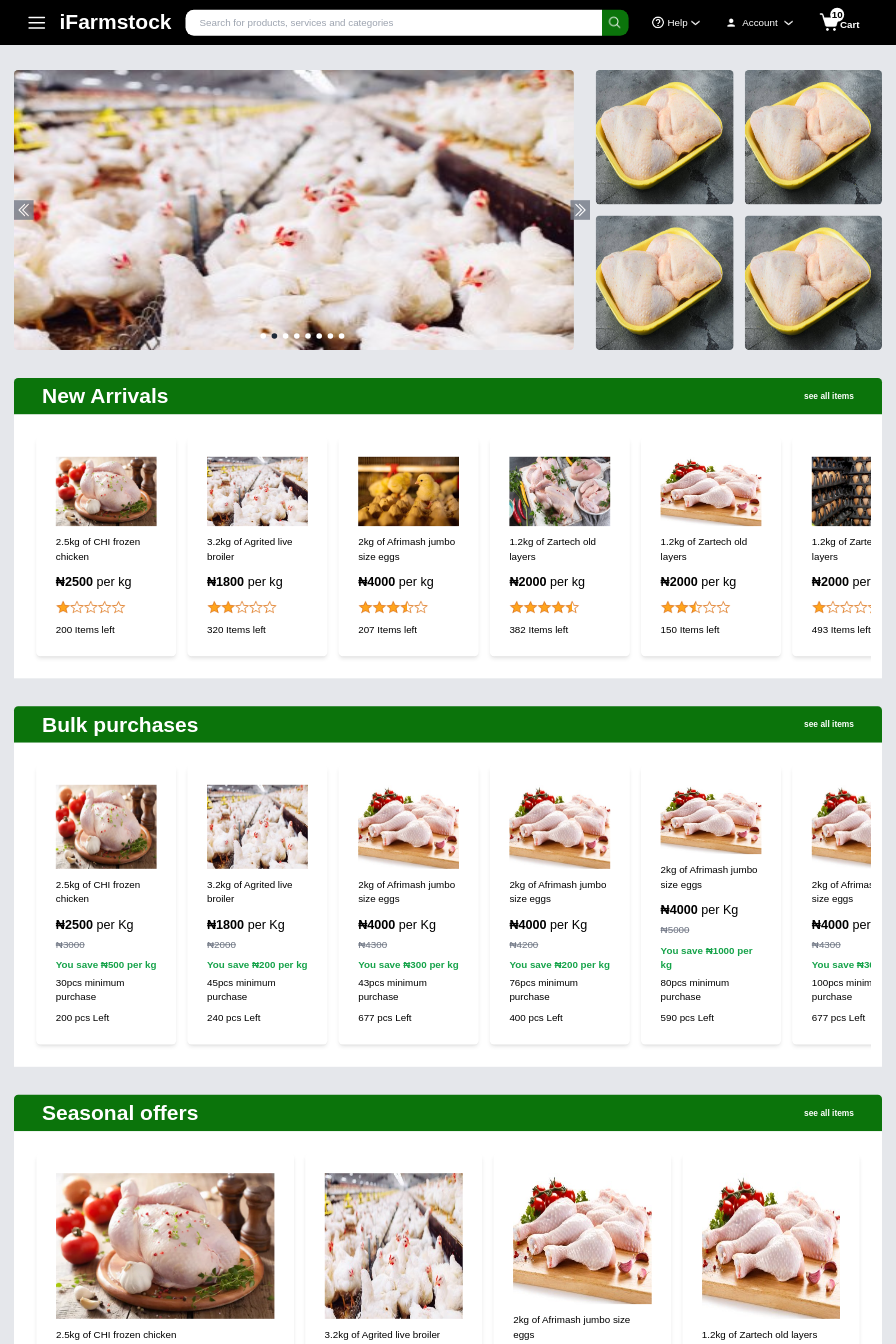
Repository: IssaMuiz/ifarmstock
Page: /
These files come from the project's save history. The page is drawn as it stood at one moment and after the next save; the edit follows.
The browser window is 1280 px wide. The pictures show the part of the page from y = 0 to 1920 px (the page is 2417 px tall before and 2729 px after), at 70% of full size.
The project was rebuilt for these pictures with package versions that can differ from the ones it lists, and the page was loaded fresh each time. The framework's server and built-in components were replaced by stand-ins that run in the browser. Also part of the build but not shown: next.config.mjs.

Above is the page before, as saved 2024-09-04 08:00:47.

After the next save:
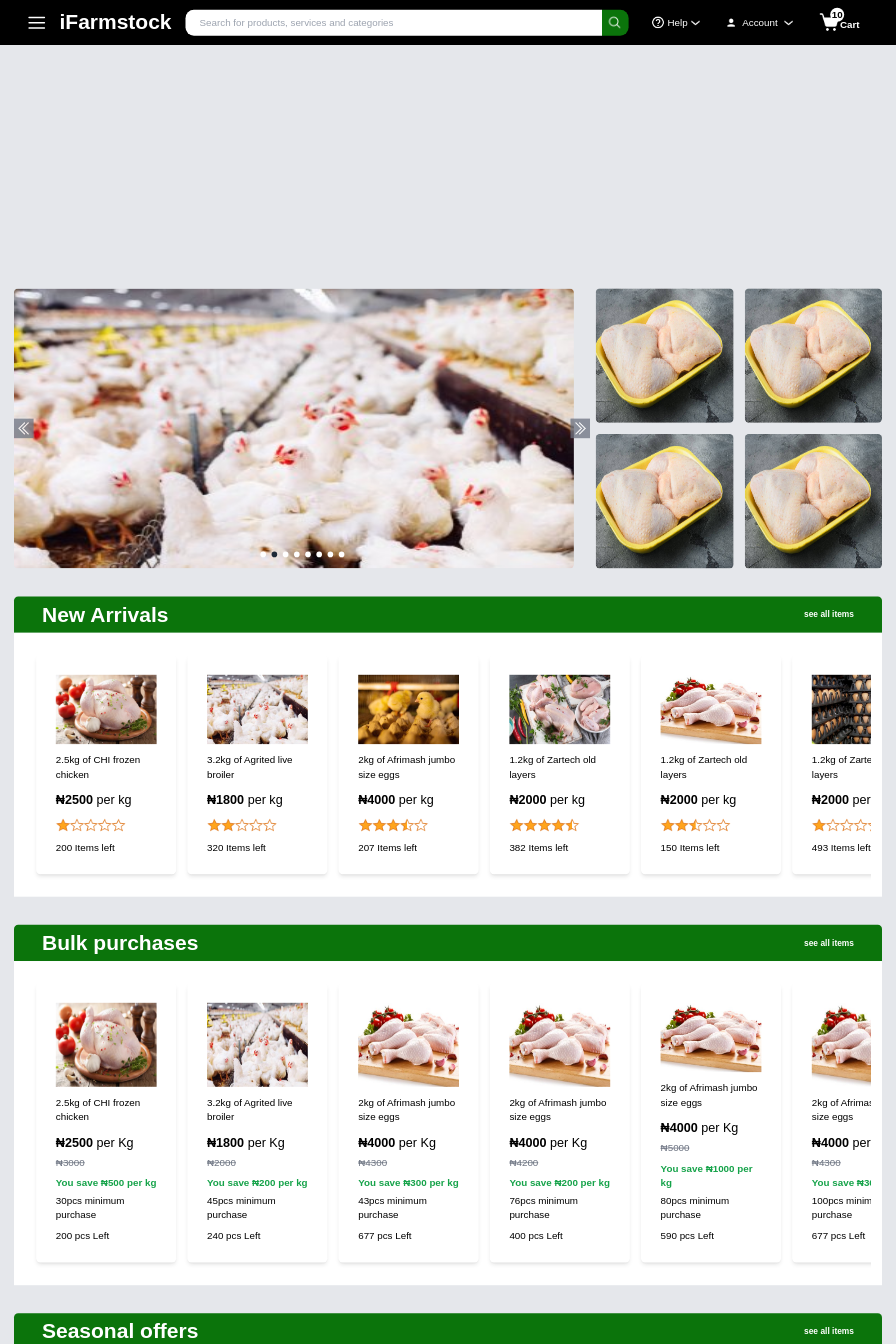
Saved 9 min 19 s later.
--- a/components/sidenav.tsx
+++ b/components/sidenav.tsx
@@ -68,11 +68,13 @@
   return (
     <nav>
       <div
-        className={`fixed overflow-x-hidden scrollbar h-auto overflow-auto z-20 left-0 top-0 bottom-0 tablet:w-[300px] mobile:w-[250px] transform transition-transform duration-300  bg-gray-100 ${
+        className={`fixed relative overflow-x-hidden scrollbar h-auto overflow-auto z-20 left-0 top-0 bottom-0 tablet:w-[300px] mobile:w-[250px] transform transition-transform duration-300  bg-gray-100 ${
           isOpen ? "translate-x-0" : "-translate-x-full"
         }`}
       >
-        <button className="absolute top-4 right-8 text-2xl">&times;</button>
+        <button className="absolute text top-4 right-8 text-2xl">
+          &times;
+        </button>
         <div className="bgColor h-14 flex items-center text text-2xl pl-5 font-semibold gap-3">
           <Image
             src="/assets/icons/account.png"

After the save that followed:
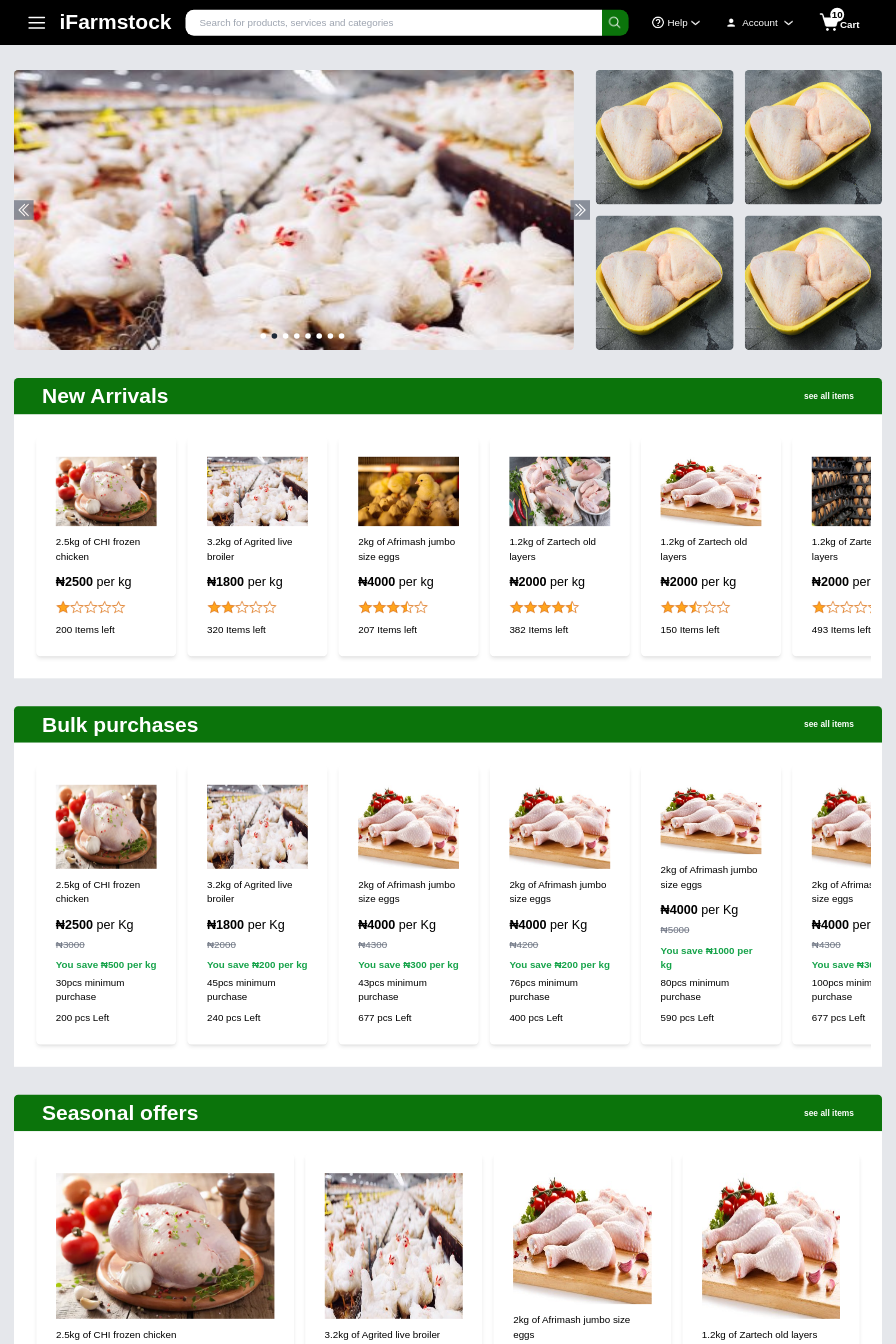
Saved 40 s later.
--- a/components/sidenav.tsx
+++ b/components/sidenav.tsx
@@ -68,11 +68,11 @@
   return (
     <nav>
       <div
-        className={`fixed relative overflow-x-hidden scrollbar h-auto overflow-auto z-20 left-0 top-0 bottom-0 tablet:w-[300px] mobile:w-[250px] transform transition-transform duration-300  bg-gray-100 ${
+        className={`fixed overflow-x-hidden scrollbar h-auto overflow-auto z-20 left-0 top-0 bottom-0 tablet:w-[300px] mobile:w-[250px] transform transition-transform duration-300  bg-gray-100 ${
           isOpen ? "translate-x-0" : "-translate-x-full"
         }`}
       >
-        <button className="absolute text top-4 right-8 text-2xl">
+        <button className="absolute text top-4 right-8 text-4xl">
           &times;
         </button>
         <div className="bgColor h-14 flex items-center text text-2xl pl-5 font-semibold gap-3">
